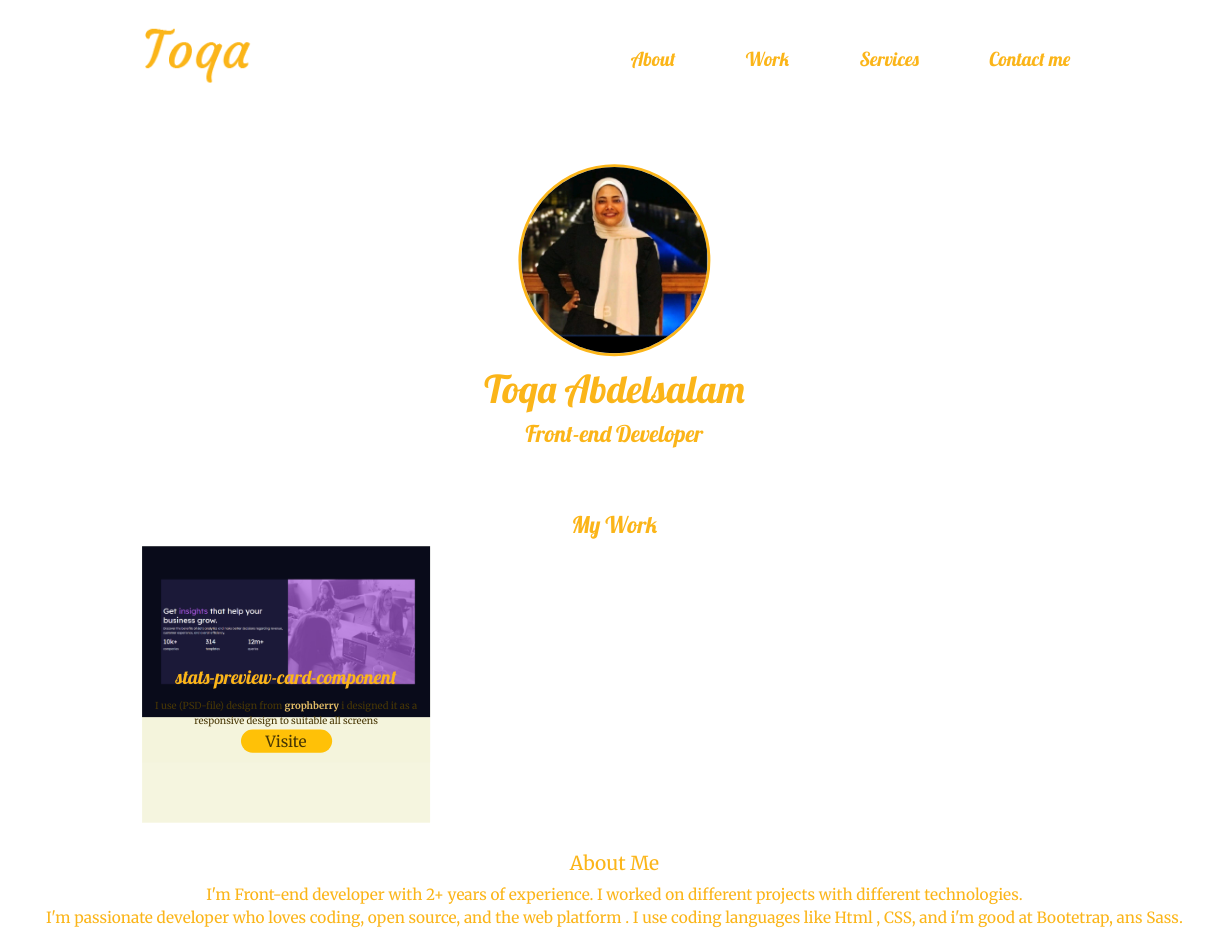
Repository: Toqa-25/portfolio
Page: index.html
These files come from the project's save history. The page is drawn as it stood at one moment and after the next save; the edit follows.
The browser window is 1280 px wide. The pictures show the whole page, at 96% of full size.
Some web fonts or font styles are not loaded; a fallback is used.

Above is the page before, as saved 2021-10-31 23:45:10.

After the next save:
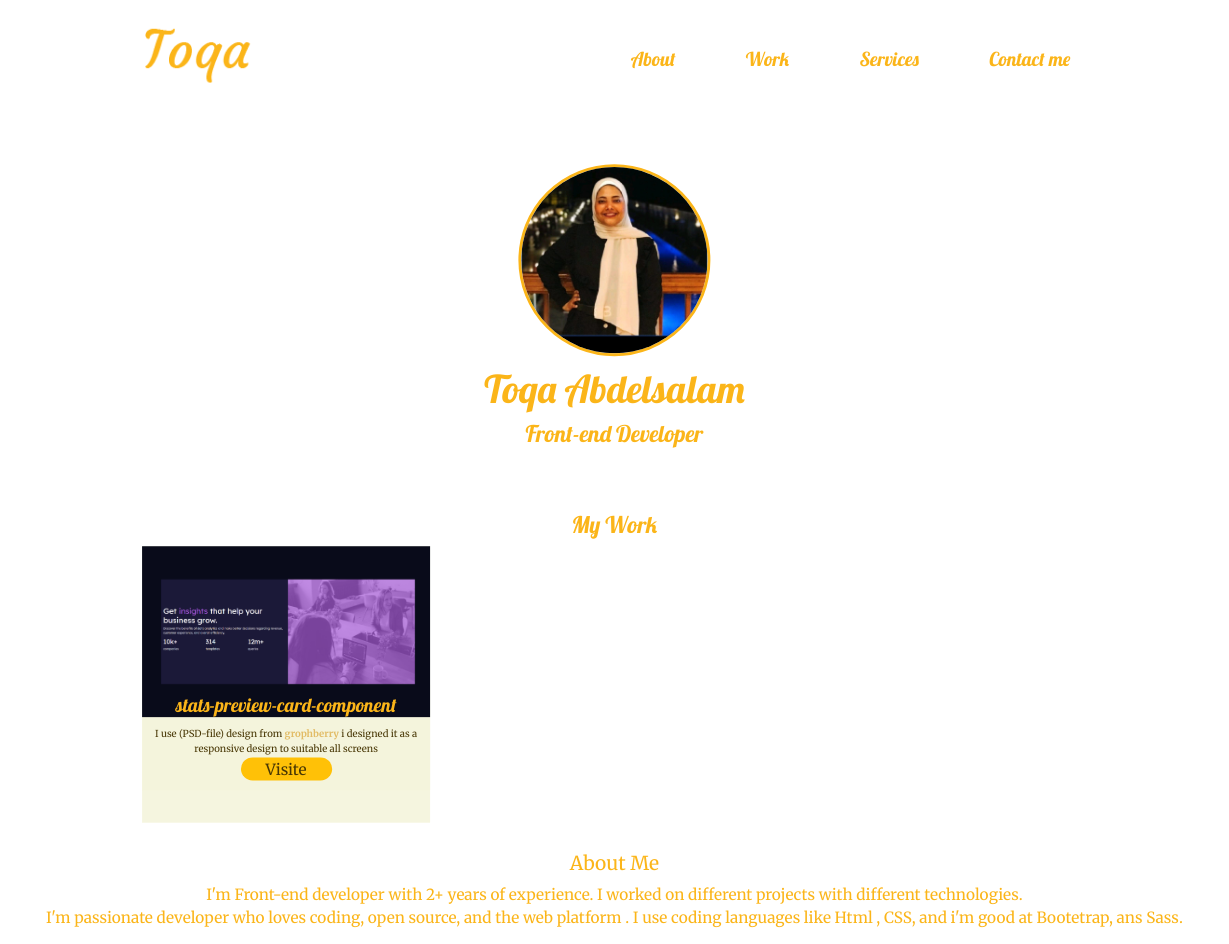
Saved 4 s later.
--- a/css/style.css
+++ b/css/style.css
@@ -162,7 +162,7 @@ body{
  }
  .card-img{
      width:100%;
-     height:40%;
+     height:50%;
      background-color: #f5f5dce8;
  }
  .card-img img{
